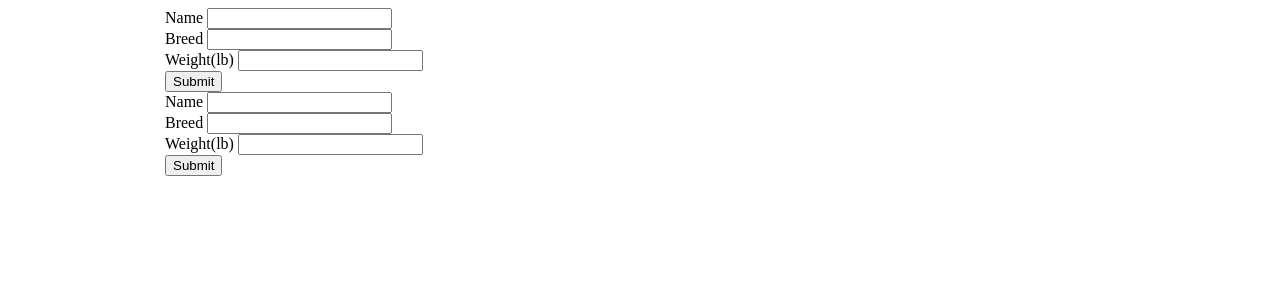
Repository: harshithamagani/Java-Basics
Page: http://localhost/pets/
The author's editor kept a copy of each file at every save. The page is drawn from the files as they stood at one save, then again after the next save.
The browser window is 1280 px wide. The pictures show the whole page.
The page is served by Tomcat 9. Other server files are loaded and not shown.

Above is the page before, as saved 2019-11-05 01:00:55.

### pets/WebContent/WEB-INF/index.jsp
<%@ page language="java" contentType="text/html; charset=UTF-8"
    pageEncoding="UTF-8"%>
<!DOCTYPE html>
<html>
<head>
<meta charset="UTF-8">
<title>Pets Form</title>
<style type="text/css">
#wrapper{
width:950px;
margin: 0 auto;
}
#dog-section{
display: inline;
}
#cat-section{
display: inline;
}
</style>
</head>
<body>
	<div id="wrapper">
		<div id="dog-section">
			<form action="/dog" method="GET">
				<label>Name</label>
				<input name="name" type="text"><br>
				<label>Breed</label>
				<input name="breed" type="text"><br>
				<label>Weight(lb)</label>
				<input name="weight" type="text"><br>
				<input name="submit" type="submit" value="Submit">
			</form>
		</div>
		<div id="cat-section">
		<form action="/cat" method="GET">
			<label>Name</label>
			<input name="name" type="text"><br>
			<label>Breed</label>
			<input name="breed" type="text"><br>
			<label>Weight(lb)</label>
			<input name="weight" type="text"> <br>
			<input name="submit" type="submit" value="Submit">
		</form>
		</div>
	</div>
</body>
</html>

### pets/src/com/pets/codingdojo/controllers/index.java
package com.pets.codingdojo.controllers;

import java.io.IOException;

import javax.servlet.RequestDispatcher;
import javax.servlet.ServletException;
import javax.servlet.annotation.WebServlet;
import javax.servlet.http.HttpServlet;
import javax.servlet.http.HttpServletRequest;
import javax.servlet.http.HttpServletResponse;

/**
 * Servlet implementation class index
 */
@WebServlet("/")
public class index extends HttpServlet {
	private static final long serialVersionUID = 1L;

    /**
     * @see HttpServlet#HttpServlet()
     */
    public index() {
        super();
        // TODO Auto-generated constructor stub
    }

	/**
	 * @see HttpServlet#doGet(HttpServletRequest request, HttpServletResponse response)
	 */
	protected void doGet(HttpServletRequest request, HttpServletResponse response) throws ServletException, IOException {
		// TODO Auto-generated method stub
		RequestDispatcher req = request.getRequestDispatcher("/WEB-INF/index.jsp");
		req.forward(request, response);
	}

	/**
	 * @see HttpServlet#doPost(HttpServletRequest request, HttpServletResponse response)
	 */
	protected void doPost(HttpServletRequest request, HttpServletResponse response) throws ServletException, IOException {
		// TODO Auto-generated method stub
		doGet(request, response);
	}

}

After the next save:
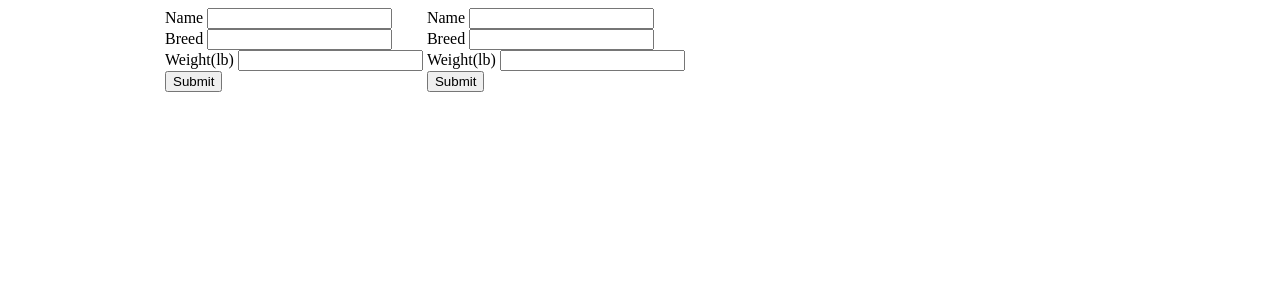
Saved 2 min 31 s later.
--- a/pets/WebContent/WEB-INF/index.jsp
+++ b/pets/WebContent/WEB-INF/index.jsp
@@ -11,10 +11,13 @@ width:950px;
 margin: 0 auto;
 }
 #dog-section{
-display: inline;
+display: inline-block;
 }
 #cat-section{
-display: inline;
+display: inline-block;
+}
+form{
+display: inline-block;
 }
 </style>
 </head>
